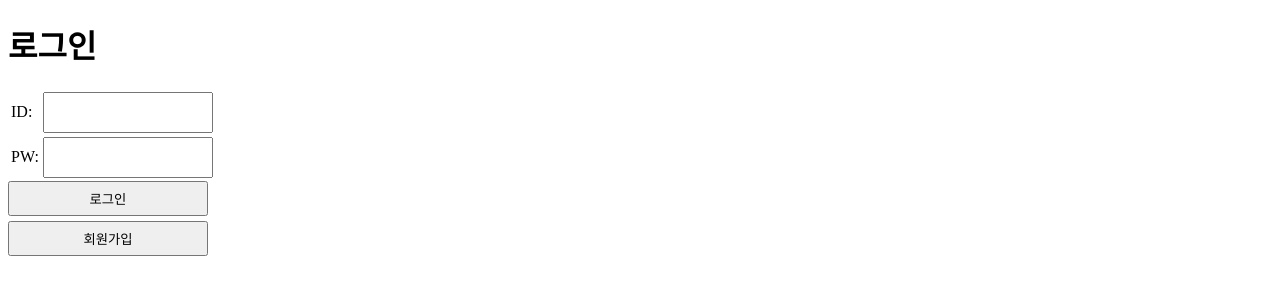
Repository: euniiee/test11
Page: http://localhost/Project/Login.jsp
The author's editor kept a copy of each file at every save. The page is drawn from the files as they stood at one save, then again after the next save.
The browser window is 1280 px wide. The pictures show the whole page.
The page is served by Tomcat 9.

Above is the page before, as saved 2023-02-01 01:25:46.

After the next save:
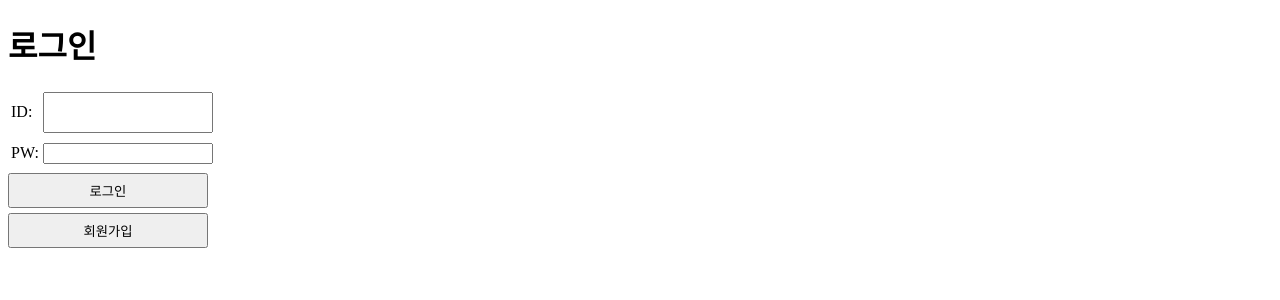
Saved 17 s later.
--- a/Project/WebContent/Login.jsp
+++ b/Project/WebContent/Login.jsp
@@ -18,9 +18,9 @@
 				<td>ID:</td>
 				<td><input style="width:100%; height:35px;"type="text" class="id" name="id"  required></td>
 			</tr>
-			<tr>
+			<tr  style="height:35px;">
 				<td>PW:</td>
-				<td><input style="width:100%; height:35px;" type="password" class="pw" name="pw" required></td>
+				<td><input style="width:100%; type="password" class="pw" name="pw" required></td>
 			</tr>
 		</table>
 			<input type="submit" value="로그인" style="width:100%;  height:35px; margin-bottom:5px"><br>
